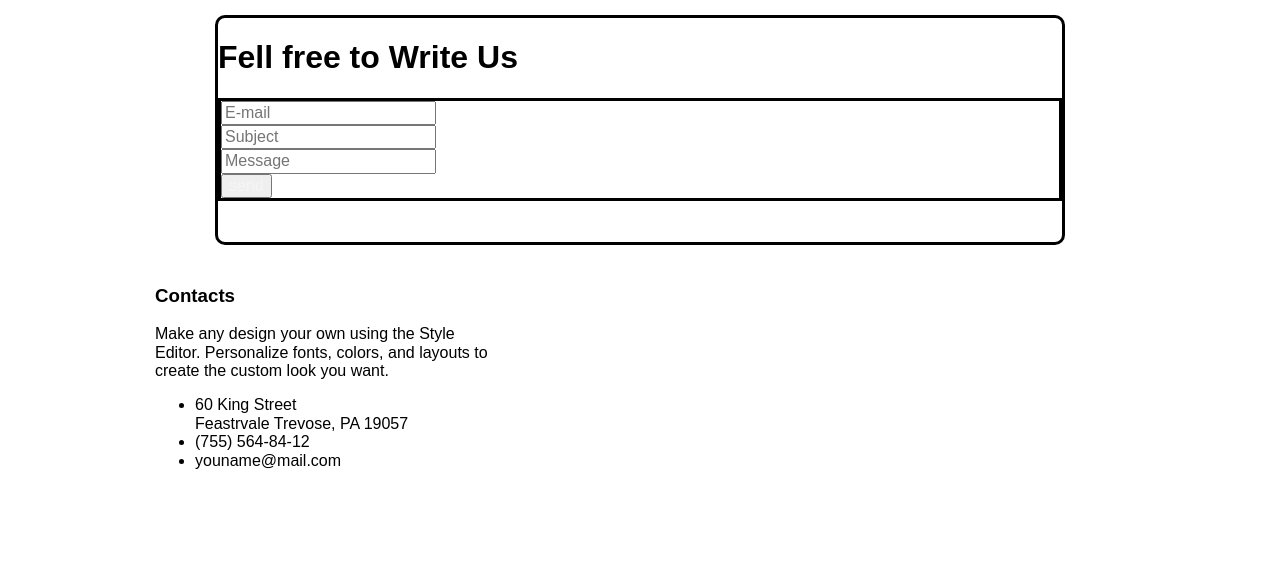
Repository: sogeisetsu/suy-ife
Page: 009-011/index.html
An editor plug-in stored every save of this project. The page is shown before and after the next save, followed by the edit.
The browser window is 1280 px wide. The pictures show the part of the page from y = 3840 to 4420 px (the page is 4420 px tall).
A picture or video elsewhere on the page could not be fetched, so the positions and the page height are approximate.

Above is the page before, as saved 2019-10-13 01:42:47.

### 009-011/index.html
<!DOCTYPE html>
<html>
    <head>
        <meta name="charset" content="utf-8">
        <meta http-equiv="refresh" content="30">
        <link rel="stylesheet" href="normalize.css" type="text/css">
        <link rel="stylesheet" href="index.css" type="text/css">
    </head>
    <body>
        <div id=head>
            <div class=headback>
                <img src="sucai/head-back.png" alt="头部背景" class="head-image">
                <div class="headbackcolor"></div>
            </div>
            <div class="headfont">
                <h1 class="headfonttittle">Hello World</h1>
                <p class="headfonttext">China is speeding up strategic plan, standards, traffic rules, laws and regulations on  </p>
                <p class="headfonttext">accident-incurred liabilities for its smart car industry, Economic Information Daily </p>
                <p class="headfonttext">reported Thursday.</p>
            </div>
            <div class="headform">
                <h2 class="tittle">Create Your Account</h2>
                <p class="text">It is absolutely free</p>
                <form action="#">
                    <input class="input-field" type="email" name="email" id="email" placeholder="Create your email">
                    <input class="input-field" type="password" name="pws" id="pws" placeholder="Create your password">
                    <input class="sign-up" type="button" value="Sign Up">
                </form>
            </div>
        </div>
        <div id="page2">
            <div class="p2head">
                <p>Boatloads of Awesome</p>
                <h2>Ready-made, customizable, HTML <br>landing page sections</h2>
            </div>
            <div class="p2text">
                <div class="iphone">
                    <img src="sucai/Iphone Icon.png" alt="iphone">
                    <div class="texto">
                    <p class="tittle">Mobile First</p>
                    <p class="text">All modulz are built mobile-first for maximum<br>device compatibil </p>
                    </div>
                </div>
                <div class="check">
                    <img src="sucai/Check Icon.png" alt="check">
                    <div class="texto">
                    <p class="tittle">Accessibility</p>
                    <p class="text">Support for IE8, mobile and tablet devices,<br> screenreaders and color blind</p>
                    </div>
                </div>
                <div class="pencil">
                    <img src="sucai/Pencil Icon.png" alt="pencil">
                    <div class="texto">
                    <p class="tittle">Fluid Typography</p>
                    <p class="text">On different screen sizes, fonts automagically<br> scale with the viewport.</p>
                    </div>
                </div>
                <div class="setting">
                    <img src="sucai/Settings Icon.png" alt="setting">
                    <div class="texto">
                    <p class="tittle">Customization</p>
                    <p class="text">Make any design your own using the Style<br> Editor. Personalize fonts, colors, and layouts to<br> create the custom look you want.</p>
                    </div>
                </div>
            </div>
        </div>
        <div id=page3>
            <div class=page3back>
                <img src="sucai/page3background.png" alt="第三张背景" class="page3-image">
                <!-- <img src="sucai/page3Screen.png" alt="ipad屏幕" class="page3-screen"> -->
                <div class="headbackcolor"></div>
                <img src="sucai/page3Screen.png" alt="ipad屏幕" class="page3-screen">
            </div>
            <div class="page3text">
                <p class="tittle">Supportive policies<br> for China's smart<br> car</p>
                <p class="text">China will come up with its own smart car<br> standards, traffic rules, laws and regulations<br> relating to safety, according to the China<br> Industry Innovation Alliance for the Intelli-<br>gent and Connected Vehicles.</p>
                <input class="CheckoutFeatures" type="button" value="CHECK OUT FEATURES">
                <input class="TryproductforFree" type="button" value="Try product for Free">
            </div>
        </div>
        <div id="page4">
            <h2 class="tittle">Try Our Awesome Products</h2>
            <div class="text">
                <div class="singleton">
                    <img src="sucai/Singleton.png" alt="singleton">
                    <p>Li Jun, a China Academy of Engi-<br>neering academician and also<br> director of the alliance's experts'<br> committee, said that China will<br> also launch design guidance for<br> smart cars, smart map architec-<br>ture and standards for test<br> grounds.</p>
                </div>
                <div class="hero">
                    <img src="sucai/Hero.png" alt="hero">
                    <p>Li said the smart car industry is<br> able to enlarge the current car<br> industry by 1 trillion yuan ($158.15<br> billion) and also able to boost fast<br> development in 5G, internet of<br> cars, big data, artificial intelligence<br> and new-energy vehicles.</p>
                </div>
                <div class="portlaned">
                    <img src="sucai/Portland.png" alt="portland">
                    <p>Zhang Junyi, a partner with NIO<br> Capital, said that the smart car is<br> the trend for the car industry and<br> China's auto sector will usher in a<br> new key development stage with<br> the improvement of infrastructure,<br> technology, policies and laws</p>
                </div>
            </div>
        </div>
        <div id="page5">
            <div class="p5text">
            <div class="tree">
                <img src="sucai/tree.png" alt="树木">
                <div class="tree-text">
                    <h3>Learn How to Improve Your <br>Personal Business</h3>
                    <p>Li Jun, a China Academy of Engineering<br> academician and also director of the<br> alliance's experts' committee, said that<br> China will also launch design guidance<br> for smart cars, smart map architecture<br> and standards for test grounds.</p>
                </div>
            </div>
            <div class="bird">
                <!-- <img src="sucai/bird.png" alt="鸟"> -->
                <div class="bird-text">
                    <h3>Choose Between Two Beautifully<br> Designed Color Schemes.</h3>
                    <p>China will come up with its own smart<br> car standards, traffic rules, laws and reg-<br>ulations relating to safety, according to<br> the China Industry Innovation Alliance<br> for the Intelligent and Connected<br> Vehicles.</p>
                </div>
                <img src="sucai/bird.png" alt="鸟">
            </div>
            </div>
        </div>
        <div id="page6">
            <div class="tittle">
                <h2>Our Awesome Crew</h2>
                <p>Our unique online teaching style makes learning easy for everyone. Whether you<br> are trying to land a new job, brush up on your skills.</p>
            </div>
            <div class="text">
                <div class="one">
                    <img src="sucai/张思远大.png" alt="张思远大.png">
                    <div class="one-des">
                            <h4>Ethan Dutton</h4>
                            <p>Senior Visual Designer</p>
                            <ul class="social-buttons">
                                <li><a href="#" class="icon icon-facebook"></a></li>
                                <li><a href="#" class="icon icon-instagram"></a></li>
                                <li><a href="#" class="icon icon-twitter"></a></li>
                            </ul>
                    </div>
                </div>
                <div class="one">
                    <img src="sucai/ren2.png" alt="ren3">
                    <div class="one-des">
                            <h4>Ethan Dutton</h4>
                            <p>Senior Visual Designer</p>
                            <ul class="social-buttons">
                                <li><a href="#" class="icon icon-facebook"></a></li>
                                <li><a href="#" class="icon icon-instagram"></a></li>
                                <li><a href="#" class="icon icon-twitter"></a></li>
                            </ul>
                    </div>
                </div>
                <div class="one">
                    <img src="sucai/ren3.png" alt="ren3">
                    <div class="one-des">
                            <h4>Ethan Dutton</h4>
                            <p>Senior Visual Designer</p>
                            <ul class="social-buttons">
                                <li><a href="#" class="icon icon-facebook"></a></li>
                                <li><a href="#" class="icon icon-instagram"></a></li>
                                <li><a href="#" class="icon icon-twitter"></a></li>
                            </ul>
                    </div>
                </div>
                <div class="one">
                    <img src="sucai/沈大.png" alt="shenda">
                    <div class="one-des">
                            <h4>Ethan Dutton</h4>
                            <p>Senior Visual Designer</p>
                            <ul class="social-buttons">
                                <li><a href="#" class="icon icon-facebook"></a></li>
                                <li><a href="#" class="icon icon-instagram"></a></li>
                                <li><a href="#" class="icon icon-twitter"></a></li>
                            </ul>
                    </div>
                </div>
            </div>
        </div>
        <div id="page7">
            <div class="page7form">
                <h1>Fell free to Write Us</h1>
                <form action="#" class="form">
                    <input type="email" name="email" class="input-filed" id="email" placeholder="E-mail">
                    <input name="sub" class="input-filed" placeholder="Subject">
                    <input type="text"class="input-field" placeholder="Message">
                    <input type="button" class="send" value="send">
                </form>
            </div>
            <div class="p7text">
                <div class="text">
                    <h3>Contacts</h3>
                    <p>Make any design your own using the Style<br> Editor. Personalize fonts, colors, and layouts to<br> create the custom look you want.</p>
                    <ul>
                        <li class="add">60 King Street<br>Feastrvale Trevose, PA 19057  </li>
                        <li class="tel">(755) 564-84-12</li>
                        <li class="email">youname@mail.com</li>
                    </ul>
                </div>
            </div>
        </div>
    </body>
</html>

### 009-011/index.css
html,body{
    margin: 0;
    height: 100%;
    width: 100%;
    /* overflow: hidden; */
}
#head,#page2,#page3,#page7{
    width: 100%;
    height: 605px;
    overflow: hidden;
}
#page6{
    width: 100%;
    height: 900px;
    overflow: hidden;
}
#page5{
    width: 100%;
    height: 700px;
    overflow: hidden;
}

#page4{
    width: 100%;
    height: 400px;
    overflow: hidden;
}
.headback{
    position: relative;
    width: 100%;
    height: 100%;
    z-index: -1;
}
.page3back{
    width: 100%;
    height: 100%;
    z-index: -1;
}
.page3-screen{
    position: relative;
    bottom: 1210px;
    height: 70%;
    display: block;
     margin-top: 100px;
     margin-right: 0%;
     float: right;
}
.headbackcolor{
    background-color: rgba(12, 10, 8, 0.61);
    width: 100%;
    height: 100%;
    position: relative;
    bottom: 605px;
}
.head-image,.page3-image{
    height: 100%;
    width: 100%;
    display: block;
}
.headfont{
    position: relative;
    margin: 0;
    bottom: 605px;
    text-align: center;
}
.headfonttittle,.page3text .tittle{
    margin-top: 130px;
    font-size: 3em;
    color: rgb(245, 245, 245);
    font-weight: 300;
}
.headfonttext,.page3text .text{
    font-weight: 300;
    color: rgba(255, 255, 255, 0.568);
}
.headform{
    position: relative;
    bottom: 605px;
    margin: 40px auto;
    border-style: solid ;
    border-width: 2px;
    border-color: rgba(236, 235, 233, 0.445);
    border-radius: 10px;
    box-sizing: border-box;
    width: 850px;
    display: flex;
    flex-direction: column;
    height: 230px;
}
.headform .tittle{
    color: rgba(252, 249, 246, 0.89);
    text-transform: uppercase;
    font-size: 1em;
    text-align: center;
}
.headform .text{
    color: rgba(252, 249, 246, 0.616);
    text-transform: uppercase;
    font-size: 0.3em;
    text-align: center;
    margin-top: 0;
    font-family: Montserrat-Light;
}
.headform form{
    margin: 40px auto;
}
input{
    color: rgb(245, 245, 245);
}
.headform .input-field{
    width: 292px;
    height: 50px;
    padding: 18px 0 18px 22px;
    margin-right: 30px;
    box-sizing: border-box;
	border-radius: 2px;
	border: solid 1px rgba(255, 255, 255, 0.2);
    background: transparent;
}

.headform .sign-up,.page3text .CheckoutFeatures,.page3text .TryproductforFree{
    color: rgb(0, 0, 0);
    background-color: rgb(245, 245, 245);
    text-align: center;
    border: 0;
    height: 40px;
    width: 130px;
    text-transform: uppercase;
    font-size: 0.8em;
    font-weight: bold;
    border-radius: 2px;
    cursor: pointer;
    outline: none;
}
.page3text .CheckoutFeatures{
    width: 170px;
}
.page3text .TryproductforFree{
    background-color: transparent;
    width: 170px;
    border: solid 1px rgba(255, 255, 255, 0.2);
    color: rgba(245, 245, 245, 0.486);
    font-weight: 400;
    position: relative;
    left: 10px;
}
.headform .sign-up:active{
    border: 0;
    border-color: rgb(245, 245, 245);
    outline: none;
}
.p2head{
    text-align: center;
    margin-top: 90px;
}
.p2head p{
    text-transform: uppercase;
    /* letter-spacing: 0.2em; */
    font-weight: 400;
    font-size: 0.8em;
    margin-bottom: 2em;
}
.p2head h2{
    font-weight: 400;
    letter-spacing: 0.1em;
    line-height: 1.2em;

}
.p2text{
    margin-top: 50px;
    display: flex;
    flex-flow: row wrap;
    margin-left: 20%;
}
.iphone,.check,.pencil,.setting{
    flex: 50%;
    margin-bottom: 60px;
    margin-top: 40px;
    /* overflow: hidden; */
}
.iphone img,.iphone .texto,.check .texto,.check img,.pencil .texto,.pencil img,.setting img,.setting .texto{
    float: left;
}
.iphone .texto,.check .texto,.pencil .texto,.setting .texto{
    position: relative;
    left: 20px;
    bottom: 20px;
    margin: 0;
}
.texto .tittle{
    font-weight: bold;
}
.texto .text{
    font-size: 0.7em;
    color: rgba(0, 0, 0, 0.521);
}
.page3text{
    width: 70%;
    left: 15%;
    bottom: 605px;
    position: relative;
}
.page3text .tittle{
    font-size: 2em;;
}
.page3text .text{
    line-height: 1.5em;
}
#page4 .tittle{
    text-align: center;
    font-weight: 400;
}
#page4 .text{
    display: flex;
    flex-flow: row;
    text-align: center;
    align-items: center;
    justify-content: space-around;
    margin-top: 50px;
    margin-left: 10%;
    margin-right: 10%;
}
.portlaned p,.singleton p,.hero p{
    font-weight: 300;
    line-height: 1.5em;
}
.hero,.portlaned{
    position: relative;
    bottom: 13px;
}
#page5 .tree,#page5 .bird{
    display: flex;
    /* width: 2000px; */
    box-sizing: border-box;
    width: 100%;
    align-items: center;
    justify-content: space-around;
    /* margin-top: 50px;
    margin-left: 10%; */
    position: relative;
    /* bottom: 605px; */
}
#page5 .bird{
    margin-top: 40px;
}
.tree .tree-text{
    position: relative;
    right: 60px;
}
 .bird .bird-text{
     position: relative;
     left: 60px;
 }
.tree .tree-text p,.bird .bird-text p,.tree .tree-text h3,.bird .bird-text h3{
    line-height: 1.5em;
}
.tree .tree-text p,.bird .bird-text p{
    font-weight: 300;
}
/* .tree .tree-text{
    left: 200px;
} */
.p5text{
    margin-left: 5%;
    margin-right: 5%;
}
#page5 img{
    height: auto;
    width: 510px;
}
#page6 .tittle{
    text-align: center;
    margin-bottom: 50px;
}
#page6 .tittle p{
    line-height: 1.5em;
    font-weight: 300;
}
#page6 .text{
    width: 970px;
    margin: 0 auto;
    display: flex;
    flex-wrap: wrap;
    justify-content: space-between;
}
.one{
    width: 470px;
    height: 340px;
    margin-bottom: 30px;
    /* margin-top: px; */
    position: relative;
    box-shadow: 1px 1px 21px 0px rgba(20, 20, 20, 0.1);
	background-color: #b8b8b8;
    border-radius: 2px;
    overflow: hidden;
}
/* .one img,.two img,.there img,.four img{
    height: 200px;
    width: auto;
} */
 .one .one-des{
     background-color: #140b0b69;
     color: aliceblue;
     width: 470px;
     height: 340px;
     position: absolute;
     left: 0;
     top: 340px;
     transition: all 0.5s;
     padding-top: 40px;
 }
 .one:hover .one-des{
     top: 0px;
 }
 .social-buttons{
    width: 213px;
    list-style-type: none;
    margin: 40px auto;
    padding: 0;
    display: flex;
    justify-content: space-between;
}
.icon{
    display: block;
    width: 54px;
    height: 54px;
    background-position: 50% 50%;
    background-repeat: no-repeat;
}
.icon-facebook{
    background-image: url(sucai/Facebook.png);
}
.icon-instagram{
    background-image: url(sucai/Instagram.png);
}
.icon-twitter{
    background-image: url(sucai/Twitter.png);
}
.one-des h4{
    text-align: center;
}
.one-des p{
    text-align: center;
    font-size: 0.7em;
    color: rgba(240, 248, 255, 0.705);
}
#page7{
    width: 970px;
    margin-left: auto;
    margin-right: auto;
    /* display: flex; */
}
.page7form{
    position: relative;
    /* bottom: 605px; */
    margin: 40px auto;
    border-style: solid ;
    border-width: 2px;
    border-color: rgba(236, 235, 233, 0.445);
    border-radius: 10px;
    box-sizing: border-box;
    width: 850px;
    display: flex;
    flex-direction: column;
    height: 230px;
}
.page7form, form input{
    display: block;
}
.page7form, form{
    /* width: 100px; */
    /* margin: 10px auto; */
    border: solid 3px;
    display: block;
    /* padding-left: 10px; */
    /* margin-top: 20px; */
}

Loaded but not shown: 009-011/normalize.css (library)

After the next save:
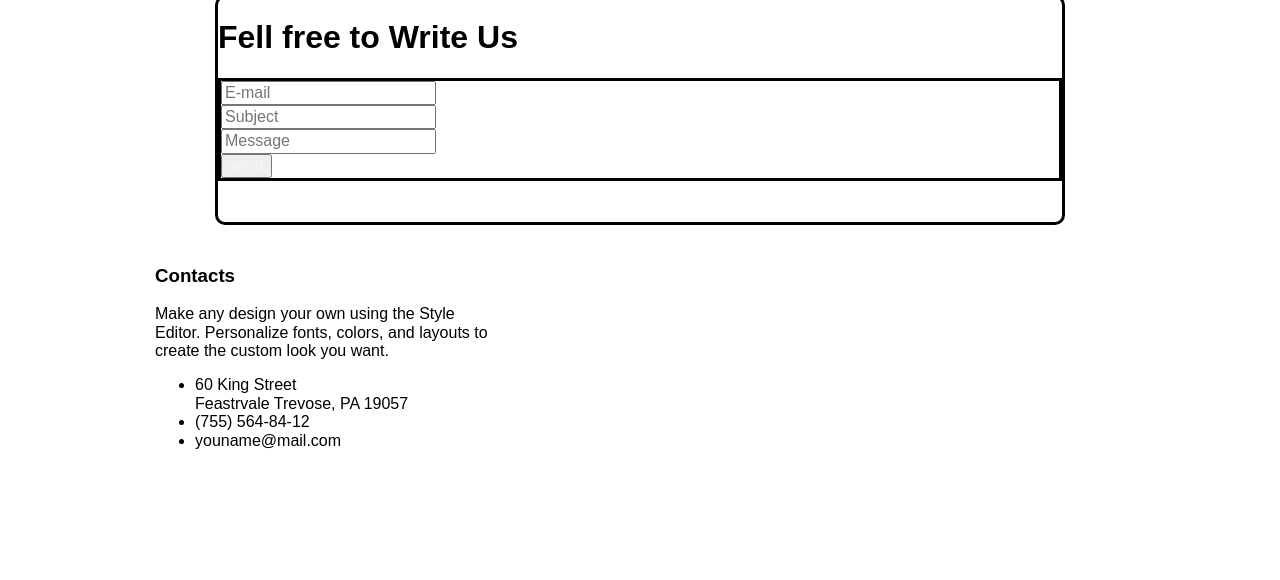
Saved 12 s later.
--- a/009-011/index.css
+++ b/009-011/index.css
@@ -373,5 +373,5 @@ input{
     border: solid 3px;
     display: block;
     /* padding-left: 10px; */
-    /* margin-top: 20px; */
-}
+    margin-top: 20px;
+}
